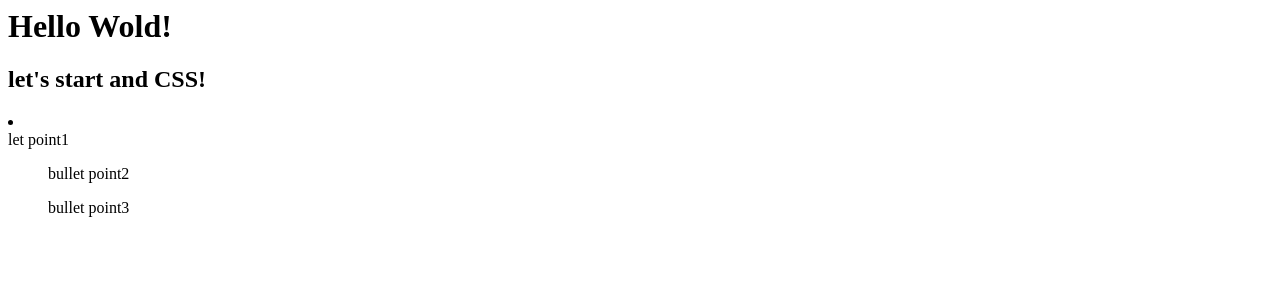
Repository: hatatatedai/samurai_HTML-CSS
Page: index2.html
The author's editor kept a record of every edit. The page is drawn from the files as they stood at one moment, then again after the next edit.
The browser window is 1280 px wide. The pictures show the whole page.

Above is the page before.

### index2.html
<h1>Hello Wold!</h1>
<h2>let's start and CSS!</h2>

<ul></ul>
    <li></li>let point1</ul>
<ul>bullet point2</ul>
<ul>bullet point3</ul>

After the next edit:
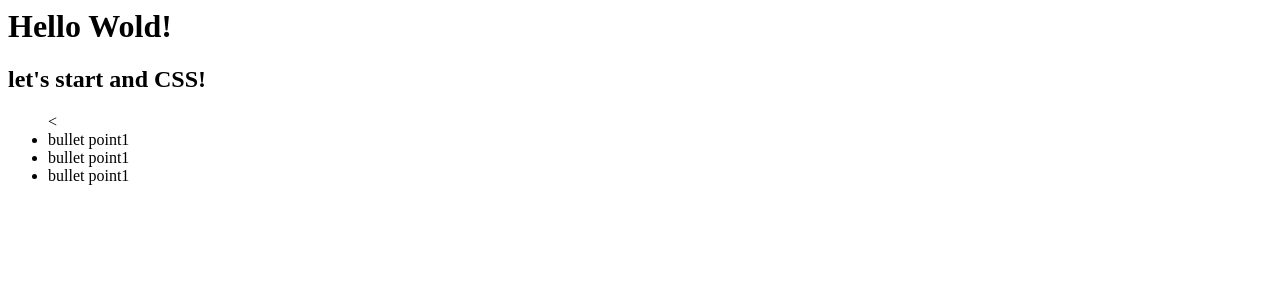
The edit:
--- a/index2.html
+++ b/index2.html
@@ -1,7 +1,8 @@
 <h1>Hello Wold!</h1>
 <h2>let's start and CSS!</h2>
 
-<ul></ul>
-    <li></li>let point1</ul>
-<ul>bullet point2</ul>
-<ul>bullet point3</ul>
+<ul><
+    <li>bullet point1</li>
+    <li>bullet point1</li>
+    <li>bullet point1</li>
+</ul>
